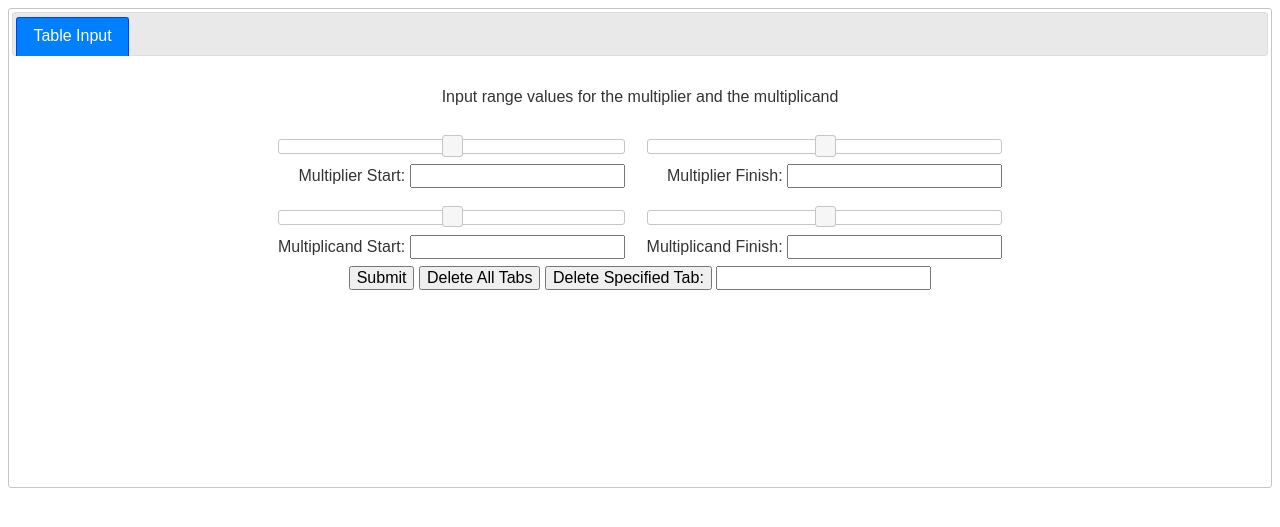
Repository: khrasna/HW4Part2
Page: index.html
An editor plug-in stored every save of this project. The page is shown before and after the next save, followed by the edit.
The browser window is 1280 px wide. The pictures show the whole page.
Some web libraries are served in a nearby version.

Above is the page before, as saved 2021-11-22 16:59:36.

### index.html
<!-- HTML file for Assignment 3
By Karsten Hrasna  email Karsten_Hrasna@student.uml.edu-->
<!DOCTYPE html>
<html>

<head>
    <title>Multiplication Table</title>
    <link rel="stylesheet" href="style.css">
    <script type="text/javascript" src="https://ajax.googleapis.com/ajax/libs/jquery/3.5.1/jquery.min.js"></script>
    <script type="text/javascript" src="dist/jquery.validate.min.js"></script>
    <script type="text/javascript" src="formvalidate.js"></script>
    <script type="text/javascript"
        src="https://ajax.googleapis.com/ajax/libs/jqueryui/1.11.4/jquery-ui.min.js"></script>
    <link rel="stylesheet" href="https://ajax.googleapis.com/ajax/libs/jqueryui/1.11.4/themes/smoothness/jquery-ui.css">
</head>

<body>
    <div id="container">
        <div id="tabs">
            <ul>
                <li><a href='#tab1'>Table Input</a></li>
            </ul>
            <div id="tab1">
                <div id="row1">
                    <p>Input range values for the multiplier and the multiplicand</p>
                    <!-- Learned from W3schools. Creates a form which takes number ranges for multiplier and multiplicand. -->
                    <form id="FormInput" action="javascript:void(0);" method="get">
                        <!--Learned about javascript:void(0) from Dutchie432 at https://stackoverflow.com/questions/1818249/form-with-no-action-and-where-enter-does-not-reload-page-->
                        <table>
                            <tr>

                                <td class="pad">
                                    <div id="slider-1" class="refresh"></div>
                                    Multiplier Start: <input input="text" class="refresh" name="MultiplierStart">
                                </td>

                                <td>
                                    <div id="slider-2" class="refresh"></div>
                                    Multiplier Finish: <input type="text" class="refresh" name="MultiplierFinish">
                                </td>
                            </tr>
                            <tr>
                                <td class="pad">
                                    <div id="slider-3" class="refresh"></div>
                                    Multiplicand Start: <input type="text" class="refresh" name="MultiplicandStart">
                                </td>

                                <td>
                                    <div id="slider-4" class="refresh"></div>
                                    Multiplicand Finish: <input type="text" class="refresh" name="MultiplicandFinish">
                                </td>
                            </tr>
                        </table>
                        <input type="submit" value="Submit">
                        <input type="button" name="clear" value="Delete All Tabs">
                        <input type="button" name="clearx" value="Delete Specified Tab:">
                        <input type="text" name="clearinput">
                        <!--goes directly under form and processes the input to create a mult table-->
                    </form>
                </div>
            </div>
        </div>

    </div>
</body>

</html>

### style.css
/*Created by Karsten Hrasna. email: Karsten_Hrasna@student.uml.edu*/
html,
body {
    height: 97%;
    text-align: center;
}

#slider-1,
#slider-2,
#slider-3,
#slider-4 {
    margin-bottom: 10px;
    margin-top: 10px;
}


div#container {
    display: grid;
    grid-template-columns: auto;
    /* top row of grid holds the form for input, the rest of page holds the multiplication table*/
    grid-template-rows: auto auto;
    height: 97%;
}


#multTable {
    margin: auto;
    border-collapse: separate;
    border-spacing: 0;
    /*the dynamically sized multiplication table */
    margin-top: 0px;
    border-bottom: 0px;
    grid-row: 2;

}

input[type=submit] {
    /* submit button under form spaced here */
    margin-top: 0px;
    margin-bottom: 0px;
}

#multTable td,
th {
    border: solid;
    border-color: black;
    min-width: 70px;
    font-size: 30px;
    height: 70px;
}


#multTable th {
    position: sticky;
    top: 0px;
    border-right: solid;
    border-right-color: white;
    border-bottom: solid;
    border-bottom-color: white;
    background-color: black;
    color: white;

}

#multTable th:first-child {
    position: sticky;
    top: 70px;
    left: 0;
}


.sticky {
    position: fixed;
    top: 0px;
    /* get the headers to stay fixed on mult table */
    width: 100%;
}

#multTable tr:first-child th:first-child {
    border: none;
    background-color: white;
}

#multTable p.inputError {
    margin: 0px;
}

form {
    margin-bottom: 0px;
    position: sticky;
    left: 50;
}

table {
    margin-left: auto;
    margin-right: auto;
}

form td {
    text-align: right;
    justify-content: right;
    padding: 5px;
    /*line up the input form textboxes*/
}

form p {
    margin: 0px;
}

td.pad {
    padding-right: 15px;
}

### formvalidate.js
var tabs;

$(function () {
    $("#tabs").tabs();

    $("#slider-1").slider({
        min: -50, //initialize the four sliders to set the values of their respective input boxes
        max: 50,
        slide: function (event, ui) {
            $('input[name="MultiplierStart"]').val(ui.value);
        }
    });
    $("#slider-2").slider({
        min: -50,
        max: 50,
        slide: function (event, ui) {
            $('input[name="MultiplierFinish"]').val(ui.value);
        }
    });
    $("#slider-3").slider({
        min: -50,
        max: 50,
        slide: function (event, ui) {
            $('input[name="MultiplicandStart"]').val(ui.value);
        }
    });
    $("#slider-4").slider({
        min: -50,
        max: 50,
        slide: function (event, ui) {
            $('input[name="MultiplicandFinish"]').val(ui.value);
        }
    });

    $('input[name="MultiplierStart"]').on('keyup', function () { //if the input boxes values are changed, set the slider to that value
        $("#slider-1").slider("option", "value", $('input[name="MultiplierStart"]').val());
    });

    $('input[name="MultiplierFinish"]').on('keyup', function () {
        $("#slider-2").slider("option", "value", $('input[name="MultiplierFinish"]').val());
    });

    $('input[name="MultiplicandStart"]').on('keyup', function () {
        $("#slider-3").slider("option", "value", $('input[name="MultiplicandStart"]').val());
    });

    $('input[name="MultiplicandFinish"]').on('keyup', function () {
        $("#slider-4").slider("option", "value", $('input[name="MultiplicandFinish"]').val());
    });


    $.validator.addMethod("less", function (value, element, params) {
        if (params[0].value == "") {
            return true; // dont want it to say that the start has to be greater than finish if no finish given. instead it will say to give finish value in other error
        } else {
            return this.optional(element) || +value <= +params[0].value;

        } //checks to make sure that the starts are less than the finishes, learned from
    }); // https://jqueryvalidation.org/jQuery.validator.addMethod/

    $.validator.addMethod("checkval", function (value, element) {
        if (value == "") {
            return true; // dont want it to say that the start has to be greater than finish if no finish given. instead it will say to give finish value in other error
        } else {
            return this.optional(element) || +value > 1;

        } //checks to make sure that the starts are less than the finishes, learned from
    });


    $("#FormInput").validate({
        //this makes it so the validator updates the error messages whenever new input is typed.
        //learned about onkeyup at https://www.sitepoint.com/jquery-validation-validate-form-submit/
        rules: {
            MultiplierStart: {
                range: [-50, 50],
                less: $('input[name="MultiplierFinish"]'),
                required: true

            },
            MultiplierFinish: { //rules for form input. makes sure the numbers are in range, and that the fields have input in them.
                required: true,
                range: [-50, 50]
            },

            MultiplicandStart: {
                range: [-50, 50],
                less: $('input[name="MultiplicandFinish"]'),
                required: true
            },

            MultiplicandFinish: {
                range: [-50, 50],
                required: true
            }
        },

        messages: {
            MultiplierStart: {
                required: "Multiplier Start must be a digit between -50 and 50",
                range: "The range of Multiplier Start must stay within -50 and 50",
                less: "The value of Multiplier Start must be less than or equal to Multiplier Finish."
            },

            MultiplierFinish: {
                required: "Multiplier Finish must be a digit between -50 and 50",
                range: "The range of Multiplier Finish must stay within -50 and 50",
            },

            MultiplicandStart: {
                required: "Multiplicand Start must be a digit between -50 and 50",
                range: "The range of Multiplicand Start must stay within -50 and 50",
                less: "The value of Multiplicand Start must be less than or equal to Multiplicand Finish."
            },

            MultiplicandFinish: {
                required: "Multiplicand Finish must be a digit between -50 and 50",
                range: "The range of Multiplicand Finish must stay within -50 and 50",
            }


        },

        errorPlacement: function (error, element) {
            $(error).appendTo($(('#FormInput'))); //place the errors below the form
        },
        errorElement: "p"

    });

    $(".refresh").on("input", function () {
        $("#multTable").remove();
        if ($("#FormInput").valid()) {
            processHere();
        }
    });

    $(".refresh").on("slide", function () {
        $("#multTable").remove();
        if ($("#FormInput").valid()) {
            processHere();
        }
    });


    $('input[type="submit"]').on('click', function () { //check if form is valid and process table if true
        $('input[name="clearinput"]').rules('remove');
        if ($("#FormInput").valid()) {
            process();
        }
    });



    $('input[name="clear"]').on("click", function () { //clear all tabs except main tab
        for (var i = 2; i <= tabs; i++) {
            $("#tabs").find("li:not(:first)").remove();
            $("#tabs").tabs('refresh');
        }
        tabs = 1;
    });

    $('input[name="clearx"]').on("click", function () { //clear a specified tab with a range of 2 - number of tabs
        console.log(tabs);
        console.log($("#FormInput").validate().settings.rules);
        $('input[name="clearinput"]').rules('add', {
            digits: true,
            required: true,
            range: [2, tabs],
            checkval: true,

            messages: {
                digits: "Please make your specified tab to be deleted contain only numbers within the indicated range.",
                range: "Please choose a tab between 2 and " + tabs,
                checkval: "Please enter a tab value which is greater than 1.",
                required: "Please enter a value for the Delete Specified Tab value."
            }
        });

        if ($('input[name="clearinput"]').valid()) { //if the specified tab to be removed is valid then remove it
            var removetab = $('input[name="clearinput"]').val();
            $("#tabs").find("li:nth-child(" + removetab + ")").remove();
            $("#tabs").tabs('refresh');

            if (tabs > 1) {
                tabs -= 1;
            }
        }

    })

});

function processHere() {
    var multStart = $('input[name="MultiplierStart"]').val();
    var multFinish = $('input[name="MultiplierFinish"]').val();
    var multiplicandStart = $('input[name="MultiplicandStart"]').val();
    var multiplicandFinish = $('input[name="MultiplicandFinish"]').val();

    //clear old table and create a table with size based on input given
    const rowVals = [];
    const colVals = []; //these will hold the values of the multiplier and multiplicand
    var rows = multFinish - multStart;
    var cols = multiplicandFinish - multiplicandStart;
    tabs = $("#tabs ul li").length + 1; //number of tabs, learned from https://stackoverflow.com/questions/14702631/in-jquery-ui-1-9-how-do-you-create-new-tabs-dynamically
    for (var i = 0; i <= cols; i++) {
        colVals[i] = (+multiplicandStart + +i); //save the values of the numbers being multiplied
    }
    for (var i = 0; i <= rows; i++) {
        rowVals[i] = (+multStart + +i);
    }
    var table = createTable(rows, cols, rowVals, colVals); //create table based on total rows and cols, and top and left are the sets of multipliers and multiplicands
    table.id = "multTable";
    $("#row1").append(table);

}

function process() {
    var multStart = $('input[name="MultiplierStart"]').val();
    var multFinish = $('input[name="MultiplierFinish"]').val();
    var multiplicandStart = $('input[name="MultiplicandStart"]').val();
    var multiplicandFinish = $('input[name="MultiplicandFinish"]').val();

    //clear old table and create a table with size based on input given
    const rowVals = [];
    const colVals = []; //these will hold the values of the multiplier and multiplicand
    var rows = multFinish - multStart;
    var cols = multiplicandFinish - multiplicandStart;
    tabs = $("#tabs ul li").length + 1; //number of tabs, learned from https://stackoverflow.com/questions/14702631/in-jquery-ui-1-9-how-do-you-create-new-tabs-dynamically
    for (var i = 0; i <= cols; i++) {
        colVals[i] = (+multiplicandStart + +i); //save the values of the numbers being multiplied
    }
    for (var i = 0; i <= rows; i++) {
        rowVals[i] = (+multStart + +i);
    }
    var table = createTable(rows, cols, rowVals, colVals); //create table based on total rows and cols, and top and left are the sets of multipliers and multiplicands
    table.id = "multTable";
    //adds list item to tab list with parameters as title
    $("#tabs ul").append("<li><a href='#tab" + tabs + "'>" + multStart + " " + multFinish + " " + multiplicandStart + " " + multiplicandFinish + "</a></li>");
    $("#tabs").append("<div id='tab" + tabs + "'></div>"); //also learned from https://stackoverflow.com/questions/14702631/in-jquery-ui-1-9-how-do-you-create-new-tabs-dynamically
    $("#tab" + tabs).append(table); //adds the table to a new tab
    $("#tabs").tabs("refresh");

}

function createTable(rows, cols, rowVals, colVals) {
    var t = document.createElement('table');
    for (var x = 0; x <= rows + 1; x++) { // rows and cols + 1 to indicate ranges of numbers
        var r = document.createElement('tr');
        t.appendChild(r);
        for (var y = 0; y <= cols + 1; y++) { //creates the cols of the table row by row
            if (y == 0) {
                var c = document.createElement('th'); //create and insert element based on position in table
                c.id = "topHeader";
                if (x != 0) {
                    c.innerHTML = rowVals[x - 1]; // - 1 because it is moved over 1 to the right
                }
            } else if (x == 0) {
                var c = document.createElement('th');
                if (y != 0) {
                    c.innerHTML = colVals[y - 1];
                }
            } else {
                var c = document.createElement('td');
                c.innerHTML = rowVals[x - 1] * colVals[y - 1];
                if (((y % 2) + (x % 2)) == 0 || ((y % 2) + (x % 2)) == 2) { // checker board effect
                    c.style.backgroundColor = "gray";
                }
            }
            r.appendChild(c);
        }
    }
    return t;
}

Loaded but not shown: dist/jquery.validate.min.js (library)

After the next save:
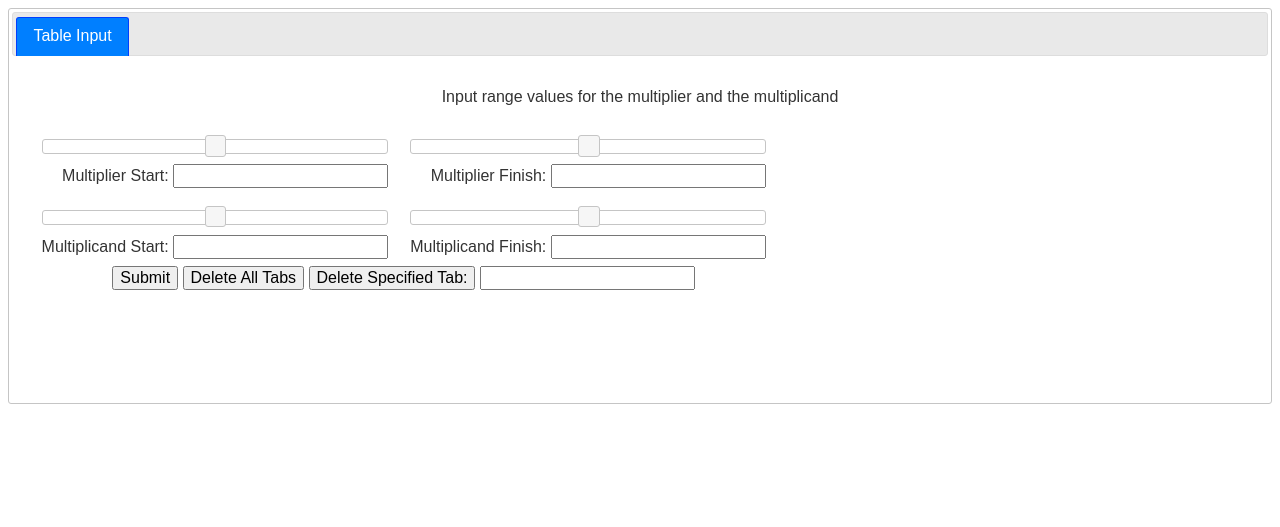
Saved 44 s later.
--- a/style.css
+++ b/style.css
@@ -87,7 +87,7 @@
 
 form {
     margin-bottom: 0px;
-    position: sticky;
+    position: absolute;
     left: 50;
 }
 

After the save that followed:
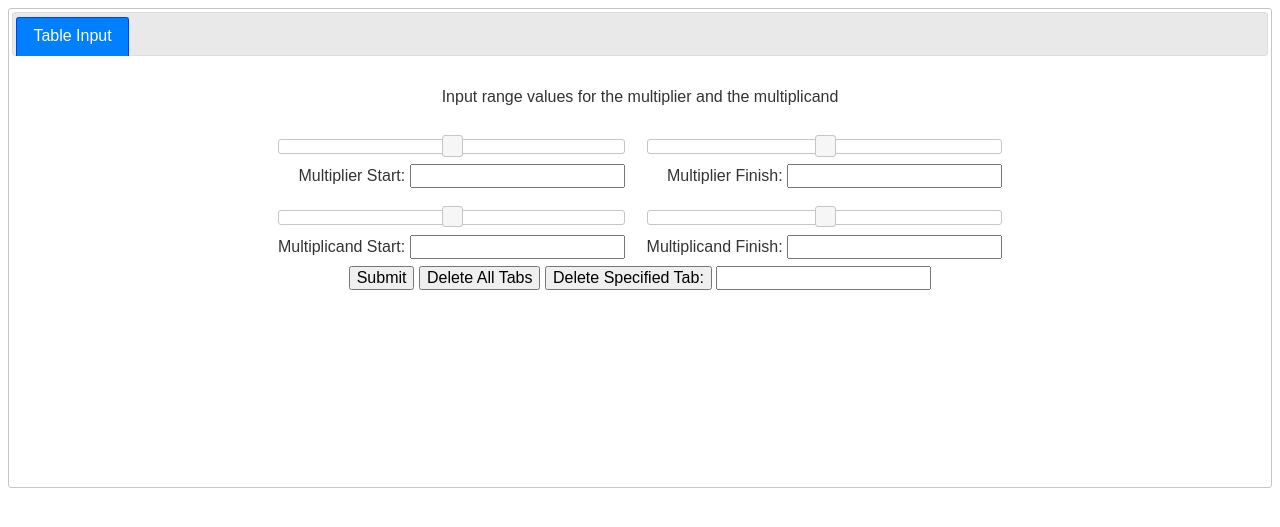
Saved 4 s later.
--- a/style.css
+++ b/style.css
@@ -87,8 +87,8 @@
 
 form {
     margin-bottom: 0px;
-    position: absolute;
-    left: 50;
+    position: sticky;
+    left: 50%;
 }
 
 table {
